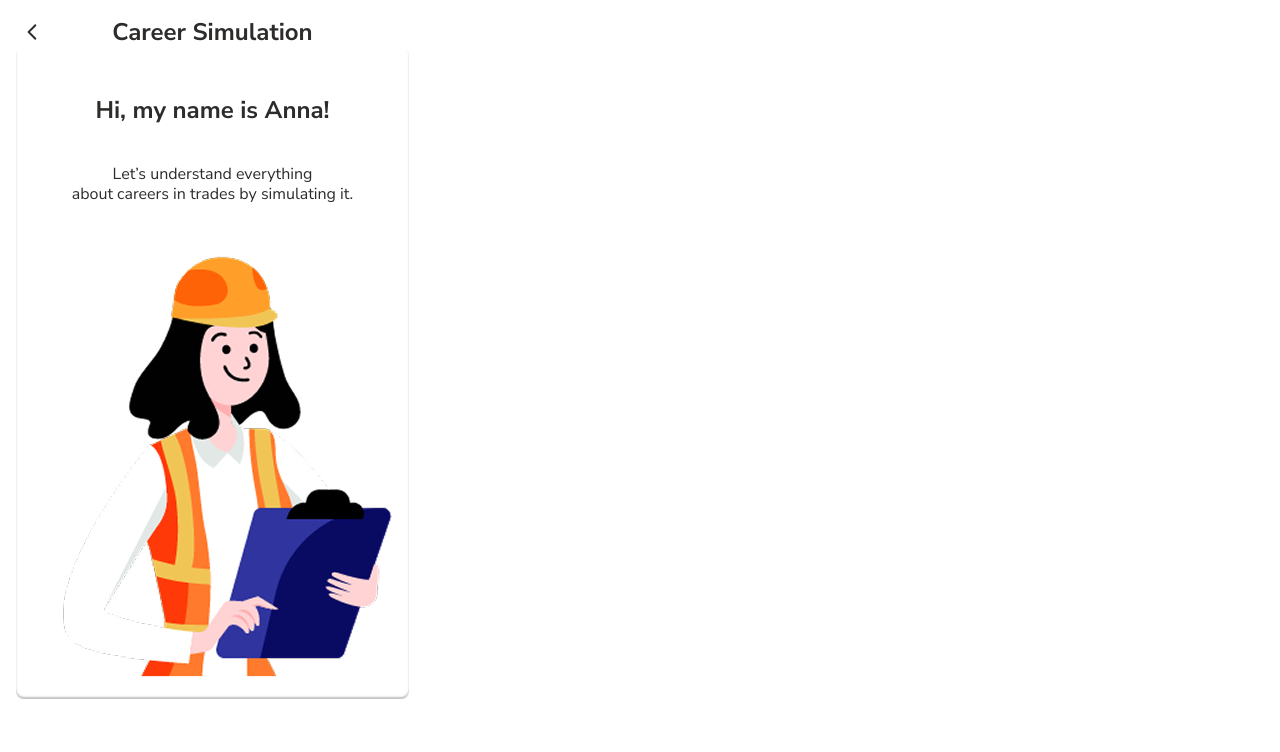
Repository: daniel-liu01/week10books
Page: /
These files come from the project's save history. The page is drawn as it stood at one moment and after the next save; the edit follows.
The browser window is 1280 px wide. The pictures show the whole page.
The project was rebuilt for these pictures with package versions that can differ from the ones it lists, and the page was loaded fresh each time. Also part of the build but not shown: vite.config.js, vite.config.ts, src/App.css.

Above is the page before, as saved 2025-10-17 18:06:25.

After the next save:
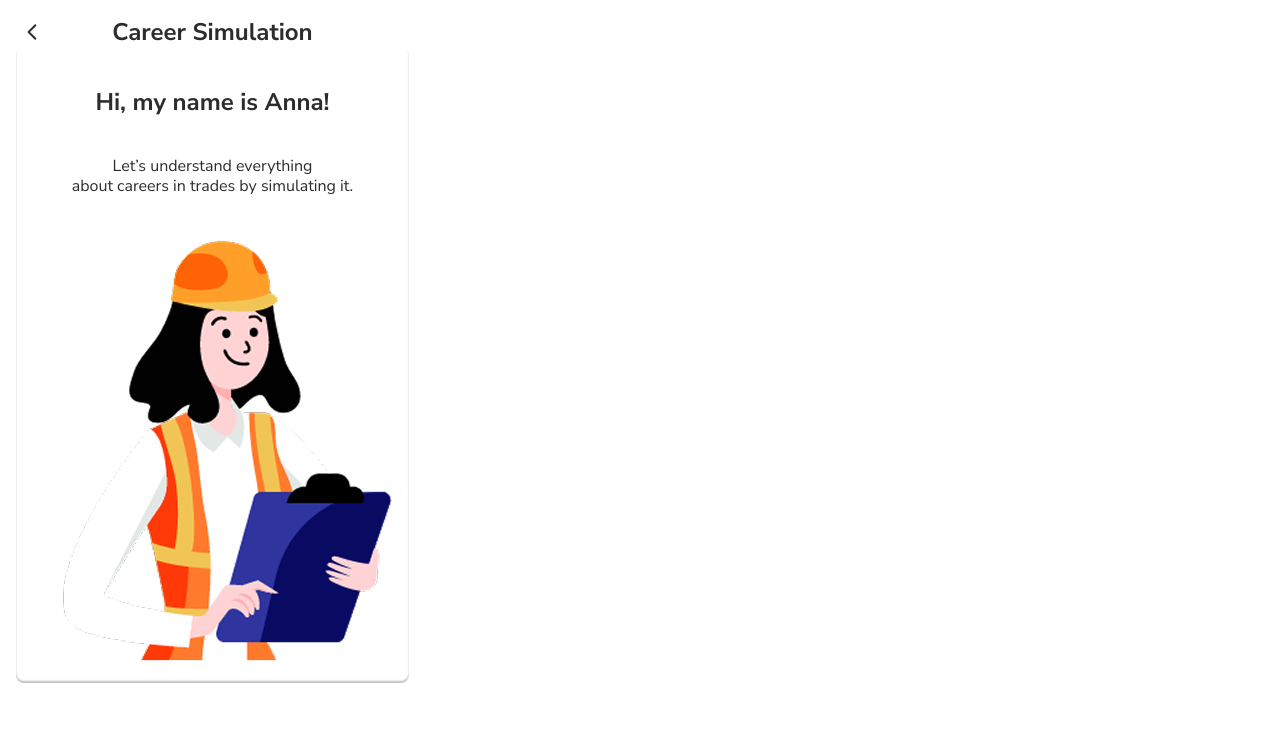
Saved 9 s later.
--- a/components/Card/Card.module.css
+++ b/components/Card/Card.module.css
@@ -13,7 +13,6 @@
 
 .content {
     display: flex;
-    padding: var(--space-small);
     flex-direction: column;
     justify-content: space-between;
     align-items: center;
